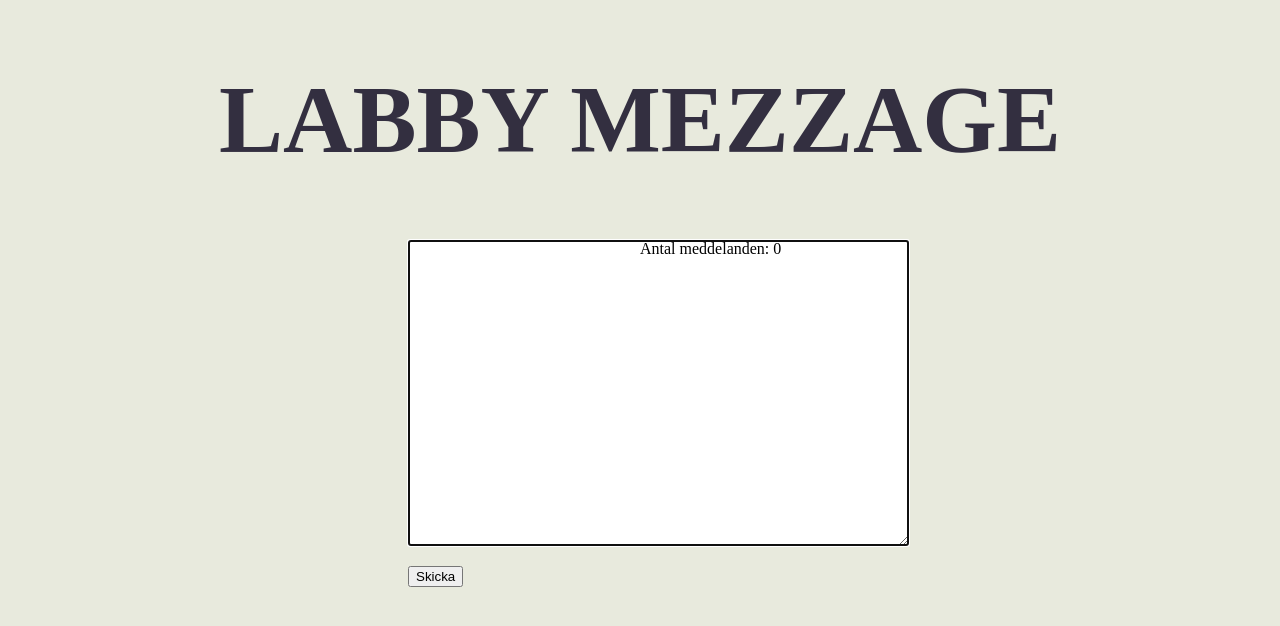
Repository: em222mt/1dv403-laborationer
Page: 2-labbymezzage/Index.html
The author's editor kept a record of every edit. The page is drawn from the files as they stood at one moment, then again after the next edit.
The browser window is 1280 px wide. The pictures show the whole page.

Above is the page before.

### 2-labbymezzage/Index.html
<!DOCTYPE html>
<html lang="sv">
<head>
	<meta charset="UTF-8" />
 	<title>Labby Mezzage</title>
    <link rel="stylesheet" href="css/style.css">
</head>
    <body>
        <header>
            <h1>LABBY MEZZAGE</h1>
        </header>

        <main>
            <div id="container">
                <section id="mainsection">
            		<form action="post" name="form">
                        <textarea id="formtext" cols="30" rows="10"></textarea>
                        <p id="value"></p>
                        <input id="send" type="button" value="Skicka" />
                    </form>
                </section>
            </div>

            <div id="container2">
                <aside id="messagearea">

                </aside>
            </div>
            <div id="countDiv">
                <p id="counter"></p>
            </div>

        </main>

    	<script src="js/Message.js"></script>
    	<script src="js/MessageBoard.js"></script>

    </body>
</html>

### 2-labbymezzage/css/style.css
/*Layout*/

article, aside, details, figcaption, figure,
footer, header, hgroup, main, menu, nav{

    background-color: #E8EADD;
}

/*Container*/

h1 {
    font-weight: bold;
    text-align: center;
    color: #332F40;
    font-size: 6em;
    font-family: Comic Sans, Comic Sans MS, cursive;
    text-decoration: uppercase;
}

body{
    background-color: #E8EADD;
}

#messagearea {
    float: left;
    background-color: white;
    width: 450px;
    min-height: 300px auto;

}

form{
    max-width: 50%;
}
#mainsection{
    max-width: 50%;
    margin: 0px 0px 0px 400px;
}
#container{
    float: left;
    width: 50%;
}
#container2{
    float: left;
    width: 50%;
}

#formtext{
    font-size: 2em;
}

.messageContainer{
    width: 98%;
    float: left;
    background-color: #A8C4B4;
    border: 1px solid black;
    margin: 3px 3px 3px 3px;
}

.textContainer{
    width: 85%;
    float: left;
    font-size: 1.2em;
}

.time{
    text-indent: 13px;
}

.detailsContainer{
    width: 15%;
    float: left;
    text-indent: 8px;
    font-size: 0.8em;
    margin-top: 10px;
}
.input{
    max-width: 85%;
    word-break: break-all;
    margin-left: 10px;
}

img{
    margin-right: 5px;
}

#count{

}

### 2-labbymezzage/js/Message.js
'use strict';

function Message(message, date){

    this.getText = function(){
        return message;
    };

    this.setText = function(_text){
        message = _text;
    };

    this.getDate = function(){
        return date;
    };

    this.setDate = function(_date){
        date = _date;
    };
}

Message.prototype.toString = function() {
    return this.getText()+" ("+this.getDate()+")";
};

Message.prototype.getHTMLText = function(){
    return this.getText().replace(/[\n\r]/g, "</br>");
};

Message.prototype.getDateText = function(){
    var now = this.getDate();
    var seconds = now.getSeconds();
    var minutes = now.getMinutes();
    var hours = now.getHours();


    //IF-sats för att lägga till nollor som i C#?

    var formattedTime = hours + ":" + (minutes < 10 ? '0' : '') + minutes + ":" + (seconds < 10 ? '0' : '') + seconds;
        return formattedTime;
};

Message.prototype.getTimeDetails = function(){
    var date = this.getDate();
    var day = date.getDate();
    var month = date.getMonth();
    var year = date.getFullYear();

    return "Postat den " + year + "/" + (month + 1) + "/" + day + " " + this.getDateText();
};

### 2-labbymezzage/js/MessageBoard.js
'use strict';

var MessageBoard = {

    messages: [],

    init: function(){

        MessageBoard.countMessages();

        var submit = document.getElementById("send");
        submit.onclick = MessageBoard.createMessage;

        var focus = document.getElementById("formtext");
        // Sätter en blinkande markör i textarean
        focus.focus();
        focus.onkeypress = function(e){
		if(!e){ e=window.event; }
		    if(e.keyCode == 13 && !e.shiftKey){
		        e.preventDefault();
		        MessageBoard.createMessage();
		    }
        };
    },
    // Skapa meddelanden
    createMessage: function(){
        var input = document.getElementById("formtext");
        MessageBoard.messages.push( new Message(input.value, new Date()) );
        MessageBoard.renderMessages();
    },

    // Rendera alla meddelanden
    renderMessages: function(){
        //Tar bort alla meddelanden
        document.getElementById("messagearea").innerHTML = "";
        for (var i = 0; i < MessageBoard.messages.length; ++i){
        MessageBoard.renderMessage(i);
        }
        document.form.formtext.value = "";
        document.form.formtext.focus();
    },
    // Skriv ut ett meddelande
    renderMessage: function(messageID){

        var input = document.createElement("p");
        input.className = "input";
        input.innerHTML = MessageBoard.messages[messageID].getHTMLText();

        var textContainer = document.createElement("div");
        textContainer.className = ("textContainer");
        textContainer.appendChild(input);

        var time = document.createElement("p");
        time.className = "time";
        time.innerHTML = MessageBoard.messages[messageID].getDateText();

		var imageClock = document.createElement("a");
		imageClock.setAttribute("href", "#");
		imageClock.innerHTML = '<img src="pics/clock.png" title="Se när meddelandet skapades." alt="Clock" width="24px" height="24px" />';

		var imageRemove = document.createElement("a");
		imageRemove.setAttribute("href", "#");
		imageRemove.innerHTML = '<img src="pics/delete.png" title="Ta bort det här meddelandet." alt="Delete" width="24px" height="24px" />';

        var detailsContainer = document.createElement("div");
        detailsContainer.className = "detailsContainer";
		detailsContainer.appendChild(imageClock);
		detailsContainer.appendChild(imageRemove);
		detailsContainer.appendChild(time);

        var messageContainer = document.createElement("div");
        messageContainer.className = "messageContainer";
        messageContainer.appendChild(textContainer);
        messageContainer.appendChild(detailsContainer);

		var container = document.getElementById("messagearea");
		container.appendChild(messageContainer);

		MessageBoard.countMessages();

		imageRemove.onclick = function(){
		    if (window.confirm("Vill du ta bort detta meddelande?")){
		    MessageBoard.removeMessage(messageID);
		    }
		};

		imageClock.onclick = function(){
		  MessageBoard.getTimestamp(messageID);
		};
    },

    removeMessage: function(messageID){
        MessageBoard.messages.splice(messageID, 1);

        MessageBoard.countMessages();

        MessageBoard.renderMessages();
    },

    getTimestamp: function(messageID){
        alert(MessageBoard.messages[messageID].getTimeDetails());
    },

    // Sätter räknare för antalet meddelanden
    countMessages: function(){
        var counter = document.getElementById("counter");
        counter.innerHTML = "Antal meddelanden: " + MessageBoard.messages.length;
    }

};

window.onload = MessageBoard.init;

After the next edit:
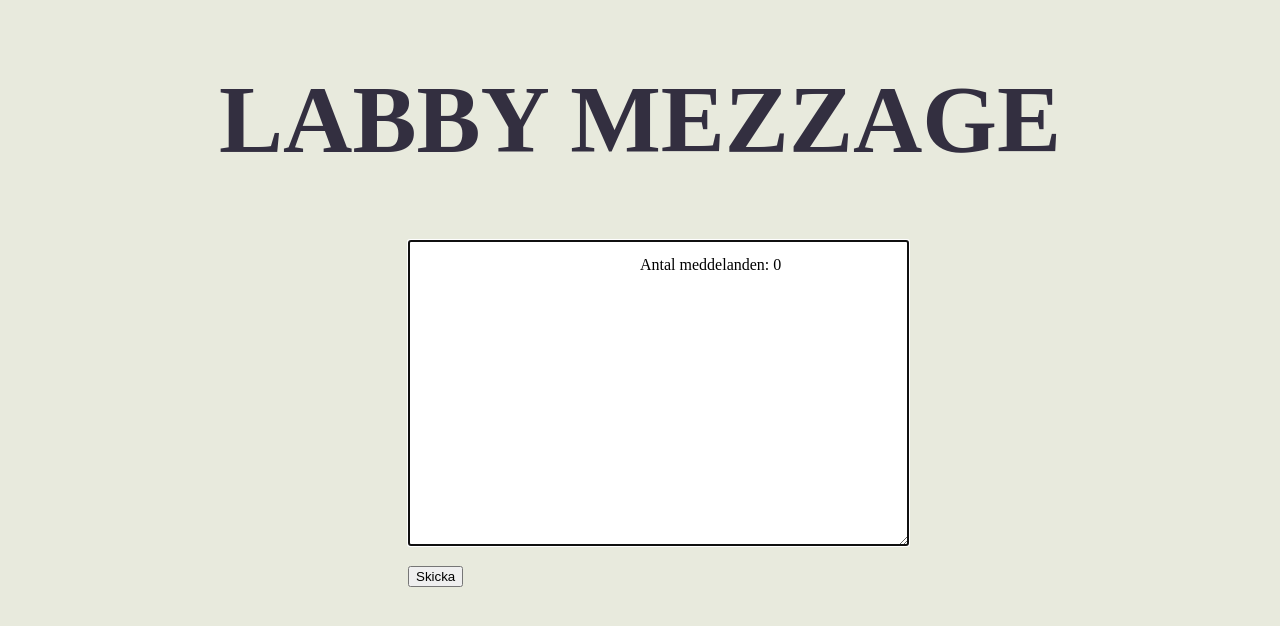
The edit:
--- a/2-labbymezzage/Index.html
+++ b/2-labbymezzage/Index.html
@@ -25,6 +25,7 @@
                 <aside id="messagearea">
 
                 </aside>
+                <p id="counter"></p>
             </div>
             <div id="countDiv">
                 <p id="counter"></p>
